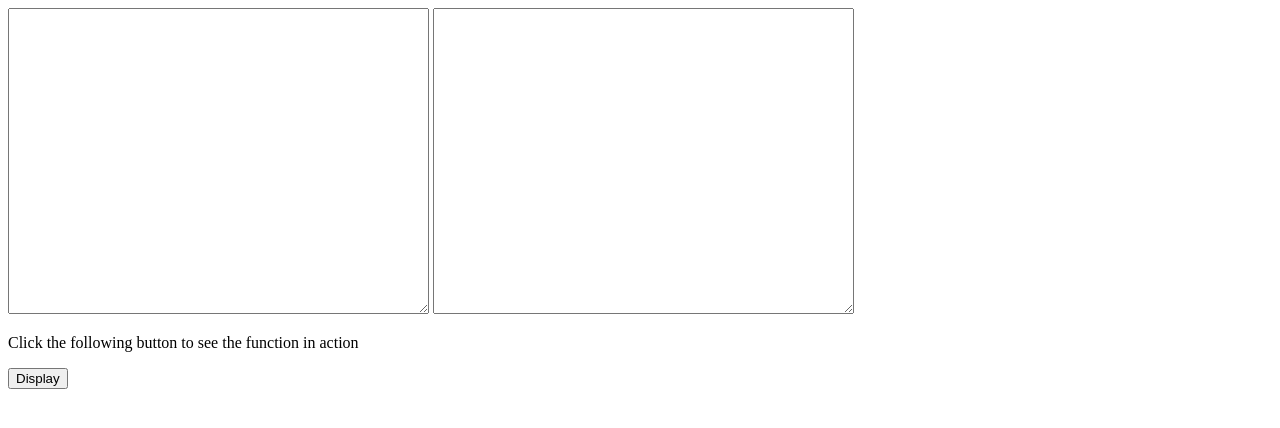
Repository: menderbug/c_converter
Page: page.html
These files come from the project's save history. The page is drawn as it stood at one moment and after the next save; the edit follows.
The browser window is 1280 px wide. The pictures show the whole page.

Above is the page before, as saved 2022-03-25 17:54:33.

After the next save:
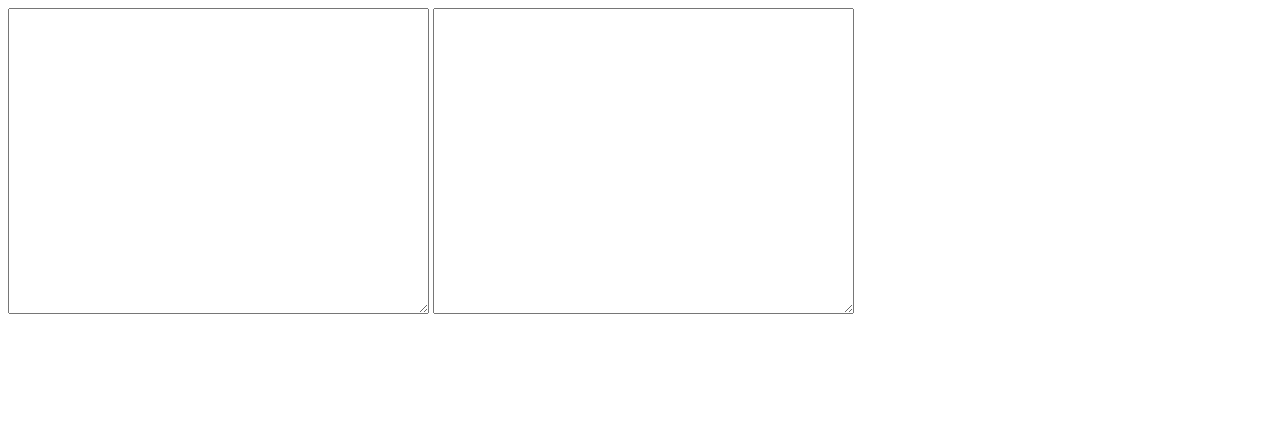
Saved 62 s later.
--- a/page.html
+++ b/page.html
@@ -21,9 +21,6 @@
 <textarea id="output" name="output" rows=20" cols="50">
 </textarea>
 
-<p>Click the following button to see the function in action</p>
-<input type = "button" onclick = "toHTML()" value = "Display">
-
 </body>
 
 </html>
